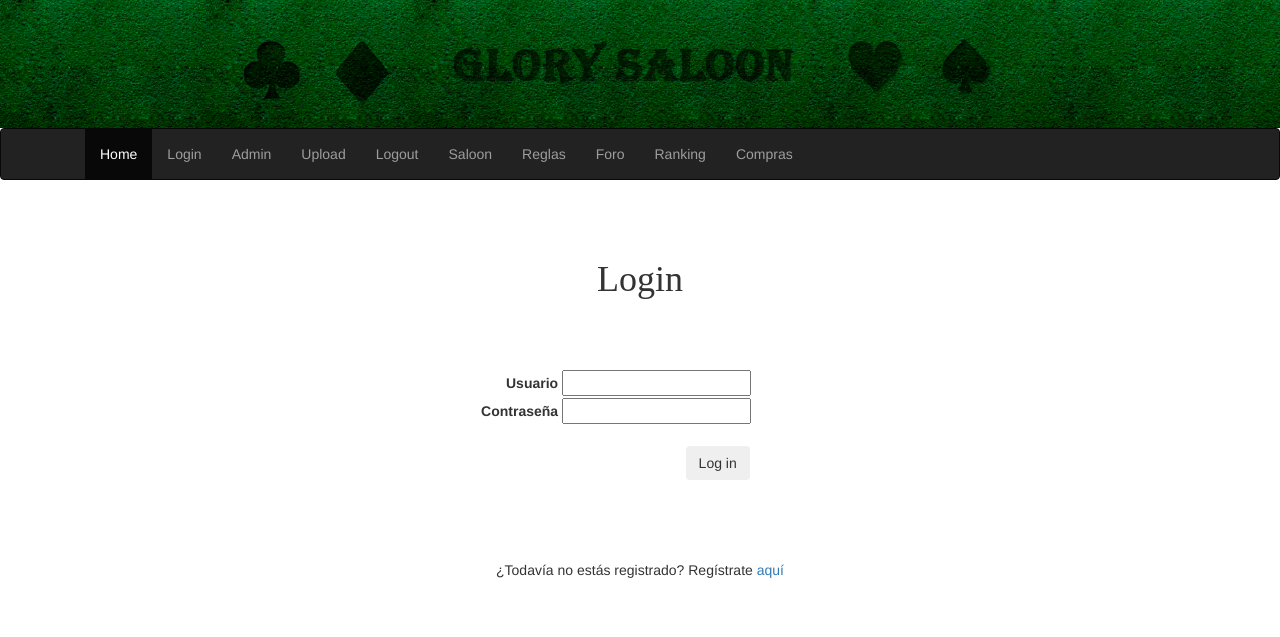
Repository: abvg9/GlorySaloon
Page: http://localhost/iw-base/WEB-INF/jsp/login.jsp
An editor plug-in stored every save of this project. The page is shown before and after the next save, followed by the edit.
The browser window is 1280 px wide. The pictures show the whole page.
Some web fonts or font styles are not loaded; a fallback is used. The page is served by Tomcat 9. Nobody is signed in. Other server files are loaded and not shown. The template is opened directly, without the code that normally fills it, so the values that code supplies are empty.

Above is the page before, as saved 2018-04-11 16:46:40.

### iw-base/src/main/webapp/WEB-INF/jsp/login.jsp
<%@ page pageEncoding="UTF-8"%>
<%@ taglib prefix="s" uri="http://www.springframework.org/tags"%>
<%@ taglib prefix="c" uri="http://java.sun.com/jsp/jstl/core"%>
<%@ taglib prefix="sec"
	uri="http://www.springframework.org/security/tags"%>

<%@ include file="../jspf/header.jspf"%>

<div class="starter-template">
	<h1>Login</h1>
	<br><br><br>
    <form action="/login" method="post">
        <fieldset>
           <!-- <legend>Please Login</legend> -->
           <div class = "rightAl">
            <label for="username">Usuario</label>
            <input type="text" id="username" name="username"/><br>
            <label for="password">Contraseña</label>
            <input type="password" id="password" name="password"/>
            </div>
            <input type="hidden" name="${_csrf.parameterName}" value="${_csrf.token}"/>
            <br>
            <div class="form-actions">
                <button type="submit" class="btn rightAlBtn">Log in</button>
            </div>
        </fieldset>
    </form>

	<%@ include file="../jspf/authinfo.jspf"%>
</div>

<%@ include file="../jspf/footer.jspf"%>

### iw-base/src/main/webapp/WEB-INF/jspf/header.jspf
<%@ page pageEncoding="UTF-8"%>
<%@ taglib prefix="s" uri="http://www.springframework.org/tags"%>
<%@ taglib prefix="c" uri="http://java.sun.com/jsp/jstl/core"%>
<!DOCTYPE html>
<html lang="en">
  <head>
    <meta charset="utf-8">
    <meta http-equiv="X-UA-Compatible" content="IE=edge">
    <meta name="viewport" content="width=device-width, initial-scale=1">
    <!-- The above 3 meta tags *must* come first in the head; any other head content must come *after* these tags -->
    <title>Aplicacion Web IW</title>

    <!-- Bootstrap -->
    <link href="${s}/css/bootstrap.min.css" rel="stylesheet">
    <link href="${s}/css/starter-template.css" rel="stylesheet">
    <link href="${s}/css/myOwnTheme.css" rel="stylesheet">
  </head>
  <body>
	<img class="img-responsive" src="${s}/img/headerExtenso.jpg">

	<nav class="navbar navbar-inverse navbar-relative-top">


      <div class="container">
        <div class="navbar-header">
          <button type="button" class="navbar-toggle collapsed" data-toggle="collapse" data-target="#navbar" aria-expanded="false" aria-controls="navbar">
            <span class="sr-only">Toggle navigation</span>
            <span class="icon-bar"></span>
            <span class="icon-bar"></span>
            <span class="icon-bar"></span>
          </button>
        </div>
        <div id="navbar" class="collapse navbar-collapse">
          <ul class="nav navbar-nav">
            <li class="active"><a href="/">Home</a></li>
            <li><a href="/login">Login</a></li>
            <li><a href="/admin">Admin</a></li>
            <li><a href="/upload">Upload</a></li>
            <li><a href="/logout">Logout</a></li>
		    <li><a href="/saloon">Saloon</a></li>
		    <li><a href="/reglas">Reglas</a></li>
		    <li><a href="/foro">Foro</a></li>
		    <li><a href="/ranking">Ranking</a></li>
		    <li><a href="/compras">Compras</a></li>
          </ul>
        </div><!--/.nav-collapse -->
      </div>
    </nav>

    <div class="container">

### iw-base/src/main/webapp/WEB-INF/jspf/authinfo.jspf
<%@ page pageEncoding="UTF-8"%>
<%@ taglib prefix="sec"
	uri="http://www.springframework.org/security/tags"%>

<br><br><br><br>
<sec:authorize access="isAnonymous()">
<div>
	¿Todavía no estás registrado? Regístrate <a>aquí</a>
</div>
</sec:authorize>
<sec:authorize access="isAuthenticated()">
<div >
	<p>Tu usuario es : <sec:authentication property="principal.username" />
	<p>Roles detectados:
	<sec:authorize access="hasRole('USER')">
		hasRole('USER')
	</sec:authorize>
	<sec:authorize access="hasRole('ADMIN')">
		hasRole('ADMIN')
	</sec:authorize>
</div>
</sec:authorize>

### iw-base/src/main/webapp/WEB-INF/jspf/footer.jspf
<%@ page pageEncoding="UTF-8"%>
</div><!-- /.container -->

    <!-- jQuery (necessary for Bootstrap's JavaScript plugins) -->
    <script src="${s}/js/jquery.min.js"></script>
    <!-- Include all compiled plugins (below), or include individual files as needed -->
    <script src="${s}/js/bootstrap.min.js"></script>
  </body>
</html>

### iw-base/src/main/resources/static/css/starter-template.css
body {
  padding-top: 0px;
}
.starter-template {
  padding: 40px 15px;
  text-align: center;
}
table td, table th {
  padding: 2px;
  spacing: 0;
  border: 1px solid gray;
}

### iw-base/src/main/resources/static/css/myOwnTheme.css
@font-face {

	font-family: ‘Algerian’;

		src: url('../fonts/ALGER.eot');

	   	src: url('fonts/ ALGER.eot?#iefix') format('embedded-opentype'),

	        url('fonts/ ALGER.woff') format('woff'),

	        url('fonts/ ALGER.ttf') format('truetype'),


	  font-weight: normal;

	  font-style: normal;

}

p {

	Font-family: ‘Algerian’;

}
h1 {

	Font-family: ‘Algerian’;

}

.rightAl{
	text-align: right;
	margin-right: 40%;

}
.rightAlBtn{
	text-align: right;
	margin-right: -14%;

}

Loaded but not shown: iw-base/src/main/resources/static/css/bootstrap.min.css (library); iw-base/src/main/resources/static/js/jquery.min.js (library); iw-base/src/main/resources/static/js/bootstrap.min.js (library)

After the next save:
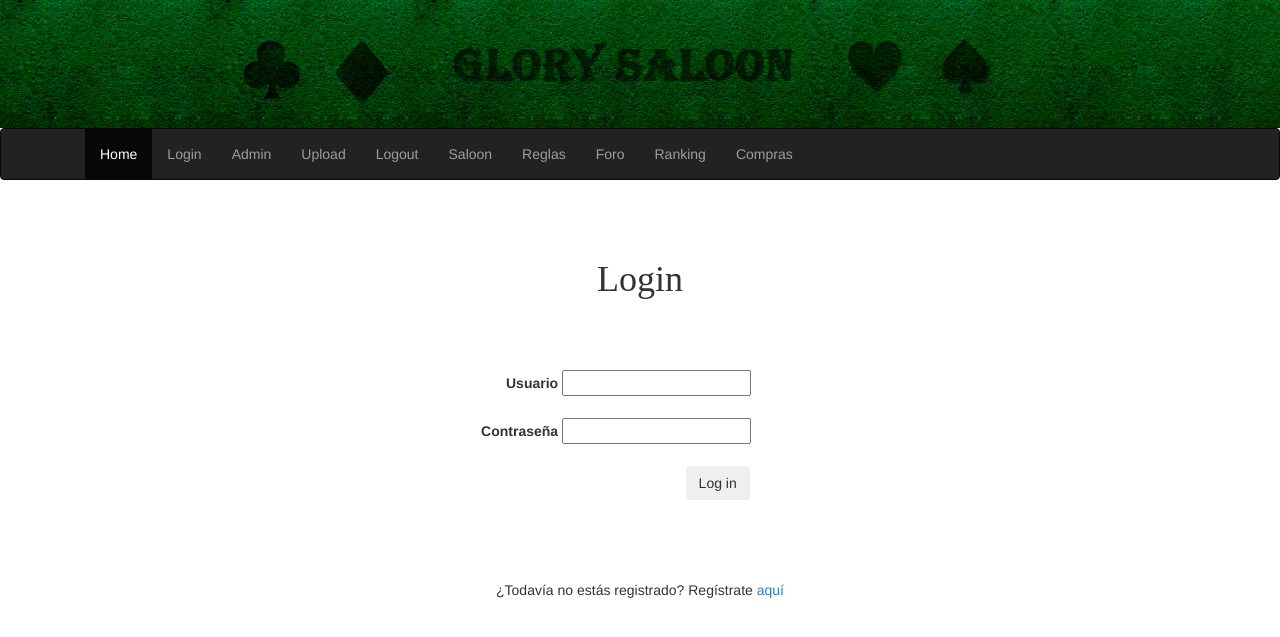
Saved 77 s later.
--- a/iw-base/src/main/webapp/WEB-INF/jsp/login.jsp
+++ b/iw-base/src/main/webapp/WEB-INF/jsp/login.jsp
@@ -14,7 +14,7 @@
            <!-- <legend>Please Login</legend> -->
            <div class = "rightAl">
             <label for="username">Usuario</label>
-            <input type="text" id="username" name="username"/><br>
+            <input type="text" id="username" name="username"/><br><br>
             <label for="password">Contraseña</label>
             <input type="password" id="password" name="password"/>
             </div>
